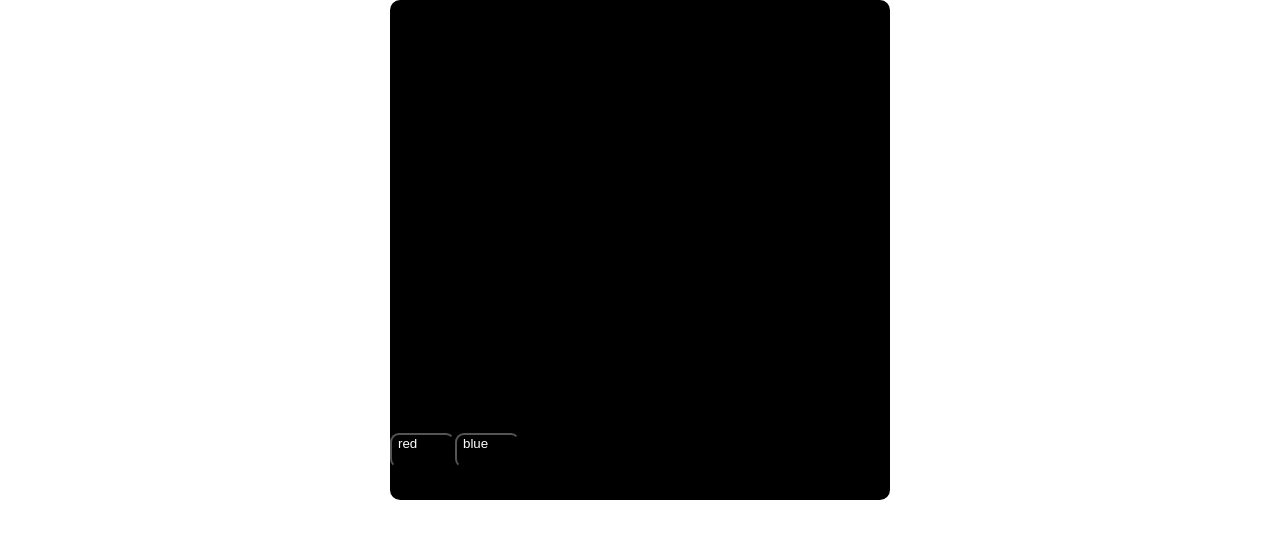
Repository: iliailia12/Individual-lessons
Page: Day 99/Classwork/index.html
These files come from the project's save history. The page is drawn as it stood at one moment and after the next save; the edit follows.
The browser window is 1280 px wide. The pictures show the whole page.

Above is the page before, as saved 2026-06-06 04:32:29.

### Day 99/Classwork/index.html
<!--1) შექმენი 1 div ბლოკი, შემდგომ 2 ღილაკი, ისე უნდა გააკეთო, რომ პირველ ღლაკზე დაჭირისას დივის background color - ი გახდეს წითელი, მეორე ღილაკზე დაჭერისას დაბრუნდეს მის საწყის ფერზე (დივს წინასწარ გაუწერე რაიმე სტილები) -->


<!DOCTYPE html>
<html lang="en">
<head>
    <meta charset="UTF-8">
    <meta name="viewport" content="width=device-width, initial-scale=1.0">
    <link rel="stylesheet" href="style.css">
    <title>Document</title>
</head>
<body>
    <div class="colorCangerDiv" id="colorCangerDiv">
        <button id="red">red</button>
        <button id="blue">blue</button>
    </div>
</body>
</html>

### Day 99/Classwork/style.css
/* 1) შექმენი 1 div ბლოკი, შემდგომ 2 ღილაკი, ისე უნდა გააკეთო, რომ პირველ ღლაკზე დაჭირისას დივის background color - ი გახდეს წითელი, მეორე ღილაკზე დაჭერისას დაბრუნდეს მის საწყის ფერზე (დივს წინასწარ გაუწერე რაიმე სტილები)
 */

body{
    margin: 0;
    padding: 0;
}
.colorCangerDiv{
    width: 500px;
    height: 500px;
    background-color: black;
    color: white;
    display: flex;
    /* flex-direction: column; */
    /* justify-content: center; */
    align-items: center;
    margin: 0 auto;
    border-radius: 10px;
    gap: ;
}

button{
    margin-top: 400px;
    display: flex;
    gap: 35px;
    width: 65px;
    height: 35px;
    border-radius: 9px;
    background-color: black;
    color: white;
    box-shadow: black;
}

After the next save:
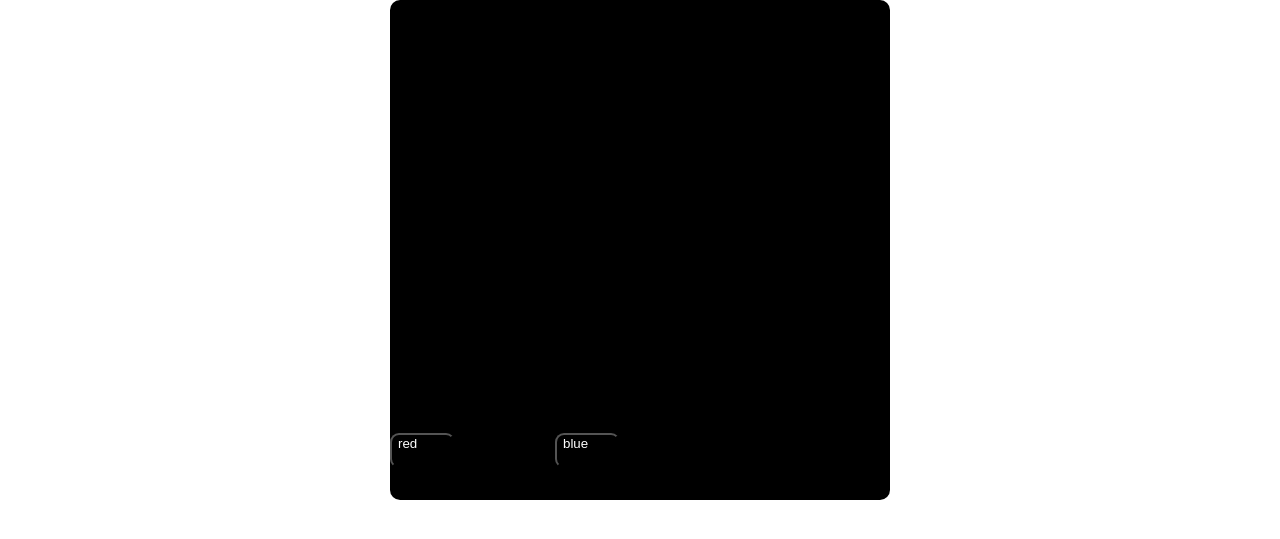
Saved 5 s later.
--- a/Day 99/Classwork/style.css
+++ b/Day 99/Classwork/style.css
@@ -16,7 +16,7 @@
     align-items: center;
     margin: 0 auto;
     border-radius: 10px;
-    gap: ;
+    gap: 100px;
 }
 
 button{
